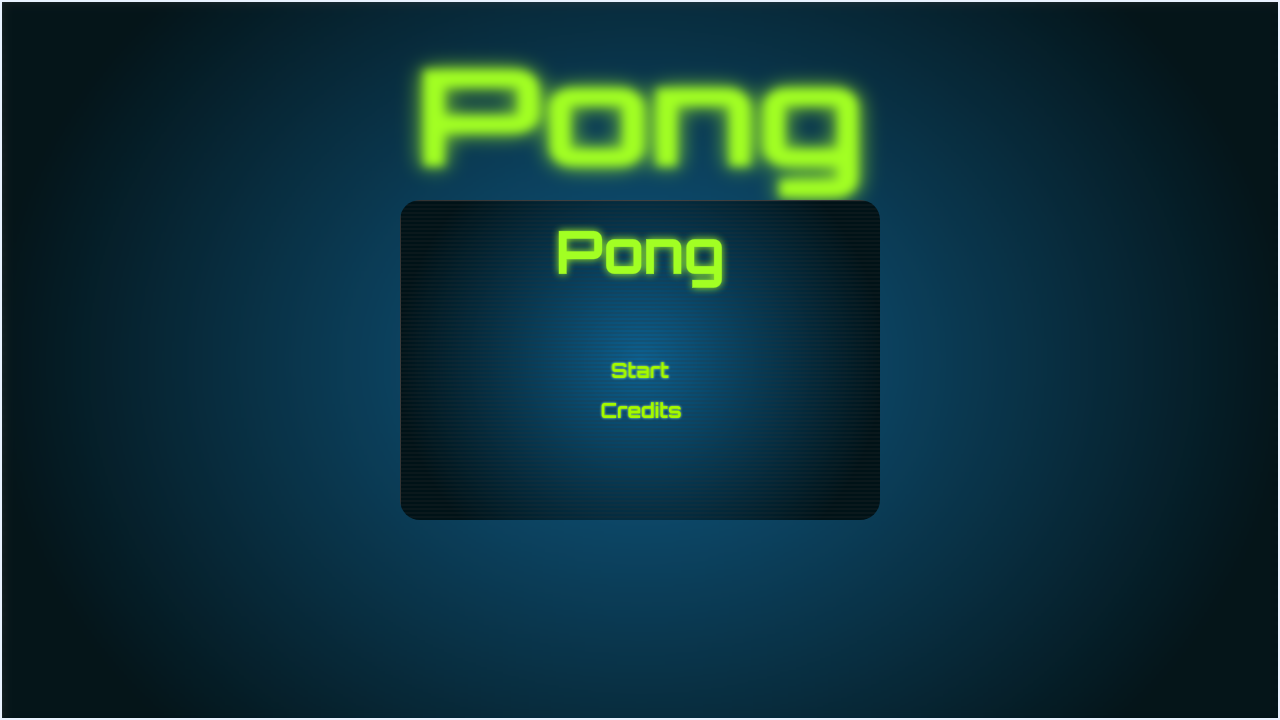
Repository: nourHellani/PongGame
Page: index.html
The author's editor kept a copy of each file at every save. The page is drawn from the files as they stood at one save, then again after the next save.
The browser window is 1280 px wide. The pictures show the whole page.

Above is the page before, as saved 2023-02-06 09:27:43.

### index.html

<!DOCTYPE html>
<html>

<head>

	<title>Pong Game</title>
	<link rel="stylesheet" href="style.css" />

</head>

<body onload="Main();">

	<canvas id="Pong" width="480" height="320"></canvas>
	<script src="easel.js"></script>
	<script src="Tween.js"></script>
	<script src="sound.js"></script>
	<script src="Main.js"></script>
	<script src="https://code.jquery.com/jquery-3.5.1.min.js"></script>

</body>

</html>

### style.css
html {
    scroll-behavior: smooth;
}

body {
    margin: 0;
    padding: 0;
    box-sizing: border-box;
    border: 2px solid #e9f2ff;
    background: url("assets/png/main.png") no-repeat center center;
    background-size: 100% 100%;
    backdrop-filter: blur(5px);
    width: 100%;
    height: 100vh;
}
canvas {
    position: absolute;
    top: 0;
    left: 0;
    bottom: 0;
    right: 0;
    margin: auto;
    border-radius: 20px;
}
/* @media screen and (min-width: 500px) and (max-width: 700px) and (orientation: portrait) {
    html {
      transform: rotate(-90deg);
      transform-origin: left top;
      width: 100vh;
      overflow-x: hidden;
      position: absolute;
      top: 100%;
      left: 0;
    }
  } */

### sound.js
/**
* EaselJS
* Visit http://easeljs.com/ for documentation, updates and examples.
*
* Copyright (c) 2011 Grant Skinner
*
* Permission is hereby granted, free of charge, to any person
* obtaining a copy of this software and associated documentation
* files (the "Software"), to deal in the Software without
* restriction, including without limitation the rights to use,
* copy, modify, merge, publish, distribute, sublicense, and/or sell
* copies of the Software, and to permit persons to whom the
* Software is furnished to do so, subject to the following
* conditions:
*
* The above copyright notice and this permission notice shall be
* included in all copies or substantial portions of the Software.
*
* THE SOFTWARE IS PROVIDED "AS IS", WITHOUT WARRANTY OF ANY KIND,
* EXPRESS OR IMPLIED, INCLUDING BUT NOT LIMITED TO THE WARRANTIES
* OF MERCHANTABILITY, FITNESS FOR A PARTICULAR PURPOSE AND
* NONINFRINGEMENT. IN NO EVENT SHALL THE AUTHORS OR COPYRIGHT
* HOLDERS BE LIABLE FOR ANY CLAIM, DAMAGES OR OTHER LIABILITY,
* WHETHER IN AN ACTION OF CONTRACT, TORT OR OTHERWISE, ARISING
* FROM, OUT OF OR IN CONNECTION WITH THE SOFTWARE OR THE USE OR
* OTHER DEALINGS IN THE SOFTWARE.
**/
(function(m){function a(){throw"SoundJS cannot be instantiated";}function n(a,d){this.instances=[];this.name=a;this.src=d;this.loaded=this.canPlay=false;this.length=0}a.AUDIO_TIMEOUT=8E3;a.INTERRUPT_ANY=1;a.INTERRUPT_EARLY=2;a.INTERRUPT_LATE=3;a.INTERRUPT_NONE=4;a.onProgress=null;a.onSoundTimeout=null;a.onSoundLoadError=null;a.onSoundLoadComplete=null;a.onLoadQueueComplete=null;a.onSoundComplete=null;a.soundHash=[];a.loadQueue=[];a.itemsToLoad=0;a.instanceCount=0;a.INST_MAX=35;a.FT=0.0010;a.AUDIO_ERROR=
"error";a.AUDIO_PROGRESS="progress";a.AUDIO_COMPLETE="canplaythrough";a.AUDIO_ENDED="ended";a.AUDIO_STALLED="stalled";a._master=1;a._currentLoad=0;a.add=function(b,d,c){a.loadQueue.push({name:b,src:d,instances:c});a.loadQueue.length==1?(a.itemsToLoad=1,a.loadNext()):a.itemsToLoad++};a.addBatch=function(b){for(var d=b.length;b.length;)a.loadQueue.push(b.shift());a.loadQueue.length==d?(a.loadNext(),a.itemsToLoad=d):a.itemsToLoad++};a.play=function(b,d,c,e,f){if(b==null||a.soundHash[b]==null||a.soundHash[b].length==
0||d!=a.INTERRUPT_ANY&&d!=a.INTERRUPT_EARLY&&d!=a.INTERRUPT_LATE&&d!=a.INTERRUPT_NONE&&d!=null)return NaN;if(d==null)d=a.INTERRUPT_NONE;e==null&&(e=false);f||(f=0);c==null||c>1?c=1:c<0&&(c=0);if(f>0)setTimeout(function(){a.beginPlaying(b,d,c,e)},f);else return a.beginPlaying(b,d,c,e);return-1};a.getMasterVolume=function(){return a._master};a.setMasterVolume=function(b){if(Number(b)!=null){b<0?b=0:b>1&&(b=1);var d,c,e;d=a._master;a._master=b;if(a._master!=d)for(e in a.soundHash){c=a.soundHash[e];d=
c.length;for(b=0;b<d;b++)c[b].volume=c[b].storedVolume*a._master}}};a.remove=function(b,d){var c,e,f;if(b==null)for(c in a.soundHash){f=a.soundHash[c];e=f.length;do a.stop(c,e-1),f[e-1].currentSrc="",document.body.removeChild(f[e-1]),f.pop(),e=f.length,a.instanceCount--;while(e)}else{f=a.soundHash[b];if(f==null)return false;e=f.length;if(d==null){do a.stop(b,e-1),f[e-1].currentSrc="",document.body.removeChild(f[e-1]),f.pop(),e=f.length,a.instanceCount--;while(e)}else{if(d<=0||e<=0)return false;e--;
for(c=0;c<=e&&c<d;c++)a.stop(b,e-c),f[e-c].currentSrc="",document.body.removeChild(f[e-c]),f.pop(),a.instanceCount--}}return true};a.setVolume=function(b,d,c){var e,f;if(b==null)return false;b*=a._master;if(d==null)for(f in a.soundHash){e=a.soundHash[f];d=e.length;for(c=0;c<d;c++)e[c].storedVolume=b,e[c].volume=b}else{e=a.soundHash[d];if(e==null)return false;d=e.length;if(c==null)for(c=0;c<d;c++)e[c].storedVolume=b,e[c].volume=b;else{if(d<=c)return false;e[c].storedVolume=b;e[c].volume=b}}return true};
a.getVolume=function(b,d){var c=a.soundHash[b];return c==null||c.length==0?-1:d==null?c[1].storedVolume:c.length<d?-1:c[d].storedVolume};a.setMute=function(b,d,c){var e,f;if(b==null)return false;if(d==null)for(f in a.soundHash){e=a.soundHash[f];d=e.length;for(c=0;c<d;c++)e[c].muted=b}else{e=a.soundHash[d];if(e==null)return false;d=e.length;if(c==null)for(c=0;c<d;c++)e[c].muted=b;else{if(d<=c)return false;e[c].muted=b}}return true};a.pause=function(b,d){var c,e,f,g;if(b==null)for(g in a.soundHash){f=
a.soundHash[g];e=f.length;for(c=0;c<e;c++)f[c].pause()}else{f=a.soundHash[b];if(f==null)return false;e=f.length;if(d==null)for(c=0;c<e;c++)f[c].pause();else{if(e<=d)return false;f[d].pause()}}return true};a.resume=function(b,d){var c,e,f,g;if(b==null)for(g in a.soundHash){e=a.soundHash[g].length;for(c=0;c<e;c++)f=a.soundHash[g][c],(f.loop||f.currentTime!=f.duration&&f.currentTime!=0)&&f.play()}else{if(a.soundHash[b]==null)return false;e=a.soundHash[b].length;if(d==null)for(c=0;c<e;c++)f=a.soundHash[b][c],
(f.loop||f.currentTime!=f.duration&&f.currentTime!=0)&&f.play();else{if(e<=d)return false;f=a.soundHash[b][d];(f.loop||f.currentTime!=f.duration&&f.currentTime!=0)&&f.play()}}return true};a.stop=function(b,d){var c,e,f,g;if(b==null)for(g in a.soundHash){e=a.soundHash[g].length;for(c=0;c<e;c++){f=a.soundHash[g][c];try{f.currentTime=0}catch(h){}f.pause()}}else{if(a.soundHash[b]==null)return false;e=a.soundHash[b].length;if(d==null)for(c=0;c<e;c++)f=a.soundHash[b][c],f.currentTime=0,f.pause();else{if(e<=
d)return false;f=a.soundHash[b][d];f.currentTime=0;f.pause()}}return true};a.isLoaded=function(b){var d=true,c;if(b==null)for(c in a.soundHash){if(d=d&&a.soundHash[c]&&a.soundHash[c][0]&&a.soundHash[c][0].loaded,!d)break}else return a.soundHash[b]&&a.soundHash[b][0]&&a.soundHash[b][0].loaded;return d};a.getNumInstances=function(b){return b==null?instanceCount:a.soundHash[b]?a.soundHash[b].length:-1};a.getMaxInstances=function(){return a.INST_MAX};a.getCurrentLoadProgress=function(){return(a.itemsToLoad-
a.loadQueue.length-(1-a._currentLoad))/a.itemsToLoad};a.getInstance=function(b,d){return b==null||d<0||!a.soundHash[b]||!a.soundHash[b][d]?null:a.soundHash[b][d]};a.beginPlaying=function(b,d,c,e){var f,g,h,i=false,j=a.soundHash[b];if(!j[0].loaded)throw Error("Audio is not loaded. The source(s) are either not found, or the correct audio formats are not provided.");for(var k=j.length,b=0;b<k;b++){h=j[b];g==null&&d!=a.INTERRUPT_ANY&&d!=a.INTERRUPT_NONE&&(g=h,f=b);if(h.currentTime>=h.duration-a.FT&&!h.loop||
h.currentTime==0&&h.paused)i=true,k=b;else if(d==a.INTERRUPT_EARLY&&h.currentTime<g.currentTime||d==a.INTERRUPT_LATE&&h.currentTime>g.currentTime)i=true;i&&(g=h,f=b)}d==a.INTERRUPT_ANY&&!g&&(g=j[0],f=0);return g?(g.loop=e,g.storedVolume=c,g.volume=c*a._master,g.currentTime=0,g.paused&&g.play(),f):-1};a.loadNext=function(){if(a.loadQueue.length<=0){if(a.onLoadQueueComplete)a.onLoadQueueComplete()}else{var b=a.loadQueue.shift(),d=b.instances||1,c=b.name,b=b.src,e=a.soundHash[c];if(e==null)e=a.soundHash[c]=
[];else if(e.length)b=e[0].src;for(var f=e=e.length,d=e+d;f<d;f++){var g=document.createElement("audio");if(f==e)g.timeoutId=setTimeout(function(){a.handleAudioTimeout(g)},a.AUDIO_TIMEOUT),g.addEventListener(a.AUDIO_COMPLETE,a.handleAudioComplete,false),g.addEventListener(a.AUDIO_PROGRESS,a.handleProgress,false),g.addEventListener(a.AUDIO_STALLED,a.handleAudioStall,false),g.addEventListener(a.AUDIO_ERROR,a.handleAudioError,false),g.loaded=false;g.addEventListener(a.AUDIO_ENDED,a.handleEnded,false);
g.setAttribute("id",c+"_"+f);g.setAttribute("preload","auto");var h;if(b instanceof Array)for(var i=0,j=b.length;i<j;i++){var k=g.appendChild(document.createElement("source"));h=a.getType(b[i]);k.setAttribute("type",h);k.setAttribute("src",b[i])}else h=a.getType(b),g.setAttribute("type",h),g.setAttribute("src",b);g.load();document.body.appendChild(g);a.soundHash[c].push(g);a.instanceCount++}}};a.getType=function(a){switch(a.slice(a.lastIndexOf(".")+1)){case "mp3":return"audio/mpeg";case "ogg":return"audio/ogg";
case "wav":return"audio/wav";default:throw"'"+a+"' is not a recognized audio file";}};a.handleEnded=function(){if(a.onSoundEnded){var b=this.id.split("_");a.onSoundEnded(this,b[0],b[1])}};a.handleAudioTimeout=function(b){if(a.onSoundTimeout){var d=b.id.split("_");a.onSoundTimeout(b,d[0],d[1])}a.loadNext()};a.handleProgress=function(){try{this.buffered.end()}catch(b){return}a._currentLoad=this.buffered.end()/this.duration;if(a.onProgress)a.onProgress(a.getCurrentLoadProgress())};a.handleAudioError=
function(){clearTimeout(this.timeoutId);if(a.onSoundLoadError){var b=this.id.split("_");a.onSoundLoadError(this,b[0],b[1])}a.loadNext()};a.handleAudioComplete=function(){var b=this.id.split("_");this.removeEventListener(a.AUDIO_COMPLETE,a.handleAudioComplete,false);clearTimeout(this.timeoutId);this.loaded=true;if(a.onSoundLoadComplete)a.onSoundLoadComplete(this,b[0],b[1]);a.loadNext()};a.handleAudioStall=function(a){setTimeout(function(){testAudioStall(a)},0)};a.testAudioStall=function(){var b=this.id.split("_");
if(!a.soundHash[b[0]][b[1]].loaded){if(a.onStall)a.onStall(this,b[0],b[1]);a.loadNext()}};m.SoundJS=a;var l=n.prototype;l.add=function(a){this.instances.push(a);this.length=this.instances.length;this.instances.length==1&&a.addEventListener("canplaythrough",function(){a.canplaythrough()})};l.remove=function(a){this.instances.splice(a,1);this.length=this.instances.length};l.canplaythrough=function(){this.loaded=true};m.SoundJSElement=n})(window);

### Main.js
let counter = 0;
let timeout;
let timer_on = 0;
/* Define Canvas */

var canvas;
var stage;

// Graphics
//[This variable stores the title background image]

var bgImg = new Image();
var bg;

//[Title View]
//These variables store its components.

var mainImg = new Image();
var main;
var startBImg = new Image();
var startB;
var creditsBImg = new Image();
var creditsB;

//[Title View Group]

var TitleView = new Container();

//[Credits]
//This view will show the credits, year and copyright of the game, these variables will be used to store it.

var creditsViewImg = new Image();
var credits;

//[Game View]
//The next variables store the individual graphics that appear in the Game View:

var playerImg = new Image();
var player;
var ballImg = new Image();
var ball;
var cpuImg = new Image();
var cpu;
var winImg = new Image();
var win;
var loseImg = new Image();
var lose;
var timeupImg = new Image();
var timeup;

//[Score]
//The score values will be handled by the next variables:

var playerScore;
var cpuScore;
var timer;
var time;

// Variables
var xSpeed = 5; //Horizontal speed of the ball
var ySpeed = 5; //Vertical speed of the ball
var gfxLoaded = 0; //used as a preloader, counts the already loaded items
var tkr = new Object(); //used as an event listener to the Ticker


// Main Function
//  // While resizing,
window.addEventListener("resize", () => {
  Resize();
});


function lock (orientation){
  let de=document.documentElement;
  if(de.requestFullscreen){de.requestFullscreen();}
  else if (de.mozRequestFullScreen){de.mozRequestFullScreen();}
  else if (de.webkitRequestFullScreen){de.webkitRequestFullScreen();}
  else if (de.msRequestFullScreen){de.msRequestFullScreen();}

  screen.orientation.lock(orientation);


}
function Main() {

  /* Link Canvas */
  canvas = document.getElementById("Pong");
  stage = new Stage(canvas);


  /* Sound */

  SoundJS.addBatch([
    { name: "hit", src: "assets/mp3/hit.mp3", instances: 1 }, // played when the ball hits a paddle
    { name: "playerScore", src: "assets/mp3/playerScore.mp3", instances: 1 }, //played when they player scores
    { name: "enemyScore", src: "assets/mp3/enemyScore.mp3", instances: 1 }, //played when the enemy scores
    { name: "wall", src: "assets/mp3/wall.mp3", instances: 1 }, //played when the ball hits the top or bottom boundary
  ]);

  /* Load GFX */

  bgImg.src = "assets/png/bg.png";
  bgImg.name = "bg";
  bgImg.onload = loadGfx;

  mainImg.src = "assets/png/main.png";
  mainImg.name = "main";
  mainImg.onload = loadGfx;

  startBImg.src = "assets/png/startB.png";
  startBImg.name = "startB";
  startBImg.onload = loadGfx;

  creditsBImg.src = "assets/png/creditsB.png";
  creditsBImg.name = "creditsB";
  creditsBImg.onload = loadGfx;

  creditsViewImg.src = "assets/png/credits.png";
  creditsViewImg.name = "credits";
  creditsViewImg.onload = loadGfx;

  playerImg.src = "assets/png/paddle.png";
  playerImg.name = "player";
  playerImg.onload = loadGfx;

  ballImg.src = "assets/png/ball.png";
  ballImg.name = "ball";
  ballImg.onload = loadGfx;

  cpuImg.src = "assets/png/paddle.png";
  cpuImg.name = "cpu";
  cpuImg.onload = loadGfx;

  winImg.src = "assets/png/win.png";
  winImg.name = "win";
  winImg.onload = loadGfx;

  loseImg.src = "assets/png/lose.png";
  loseImg.name = "lose";
  loseImg.onload = loadGfx;

  timeupImg.src = 'assets/png/timesUp.png';
	timeupImg.name = 'timeup';
	timeupImg.onload = loadGfx;

  /* Ticker */

  Ticker.setFPS(30);
  Ticker.addListener(stage);
}

//Every time a graphic is loaded this function will run.
//It will assign each image to a bitmap object and check
// thatall the elements are loaded before proceeding
function loadGfx(e) {
  if ((e.target.name = "bg")) {
    bg = new Bitmap(bgImg);
  }
  if ((e.target.name = "main")) {
    main = new Bitmap(mainImg);
  }
  if ((e.target.name = "startB")) {
    startB = new Bitmap(startBImg);
  }
  if ((e.target.name = "creditsB")) {
    creditsB = new Bitmap(creditsBImg);
  }
  if ((e.target.name = "credits")) {
    credits = new Bitmap(creditsViewImg);
  }
  if ((e.target.name = "player")) {
    player = new Bitmap(playerImg);
  }
  if ((e.target.name = "ball")) {
    ball = new Bitmap(ballImg);
  }
  if ((e.target.name = "cpu")) {
    cpu = new Bitmap(cpuImg);
  }
  if ((e.target.name = "win")) {
    win = new Bitmap(winImg);
  }
  if ((e.target.name = "lose")) {
    lose = new Bitmap(loseImg);
  }
  if((e.target.name = 'timeup')){
    timeup = new Bitmap(timeupImg);
  }

  gfxLoaded++;

  if (gfxLoaded == 11) {
    addTitleView();
  }
}

// Add Title View Function
//When all the graphics are loaded the Title View is added to the stage by the following function:

function addTitleView() {
  startB.x = 240 - 31.5;
  startB.y = 160;
  startB.name = "startB";

  creditsB.x = 241 - 42;
  creditsB.y = 200;

  TitleView.addChild(main, startB, creditsB);
  stage.addChild(bg, TitleView);
  stage.update();

  // Button Listeners

  startB.onPress = tweenTitleView;
  creditsB.onPress = showCredits;
}

//The Credits screen is shown when the user clicks the credits button;
// a mouse listener is added to the full image to remove it.
function showCredits() {
  // Show Credits

  credits.x = 480;

  stage.addChild(credits);
  stage.update();
  Tween.get(credits).to({ x: 0 }, 300);
  credits.onPress = hideCredits;
}

// Hide Credits

function hideCredits(e) {
  Tween.get(credits).to({ x: 480 }, 300).call(rmvCredits);
}

// Remove Credits

function rmvCredits() {
  stage.removeChild(credits);
}

// Tween Title View

function tweenTitleView() {
  // Start Game
  Tween.get(TitleView).to({ y: -320 }, 300).call(addGameView);
}

// Add Game View

function addGameView() {
  // Destroy Menu & Credits screen

  stage.removeChild(TitleView);
  TitleView = null;
  credits = null;

  // Add Game View

  player.x = 2;
  player.y = 160 - 37.5;
  cpu.x = 480 - 25;
  cpu.y = 160 - 37.5;
  ball.x = 240 - 15;
  ball.y = 160 - 15;

  // Score

  playerScore = new Text("0", "bold 20px Arial", "#A3FF24");
  playerScore.maxWidth = 1000; //fix for Chrome 17
  playerScore.x = 211;
  playerScore.y = 20;

  cpuScore = new Text("0", "bold 20px Arial", "#A3FF24");
  cpuScore.maxWidth = 1000; //fix for Chrome 17
  cpuScore.x = 262;
  cpuScore.y = 20;

  timer = new Text('Timer:', 'bold 20px Arial', '#A3FF24');
	timer.maxWidth = 1000;	//fix for Chrome 17
	timer.x = 50;
	timer.y = 20;

	time = new Text('60', 'bold 20px Arial', '#A3FF24');
	time.maxWidth = 1000;	//fix for Chrome 17
	time.x = 120;
	time.y = 20;

  stage.addChild(playerScore, cpuScore,timer,time, player, cpu, ball);
  stage.update();

  // Start Listener

  bg.onPress = startGame;
}

// Player Movement

function movePaddle(e) {
  // Mouse Movement
  player.y = e.stageY;
}

// Start Game Function

function startGame(e) {
  bg.onPress = null;
  stage.onMouseMove = movePaddle;

  Ticker.addListener(tkr, false);
  tkr.tick = update;
}

/* Reset */

function reset() {
  ball.x = 240 - 15;
  ball.y = 160 - 15;
  player.y = 160 - 37.5;
  cpu.y = 160 - 37.5;

  stage.onMouseMove = null;
  Ticker.removeListener(tkr);
  bg.onPress = startGame;
}

// Update Function

function update() {
  // Ball Movement

  ball.x = ball.x + xSpeed;
  ball.y = ball.y + ySpeed;

  // Cpu Movement

  if (cpu.y < ball.y) {
    cpu.y = cpu.y + 2.5;
  } else if (cpu.y > ball.y) {
    cpu.y = cpu.y - 2.5;
  }

  // Wall Collision

  if (ball.y < 0) {
    ySpeed = -ySpeed;
    SoundJS.play("wall");
  } //Up
  if (ball.y + 30 > 320) {
    ySpeed = -ySpeed;
    SoundJS.play("wall");
  } //down

  if (!timer_on) {
    timer_on = 1;
    timedCount();
  }
  /* CPU Score */

  if (ball.x < 0) {
    xSpeed = -xSpeed;
    cpuScore.text = parseInt(cpuScore.text + 1);
    reset();
    SoundJS.play("enemyScore");
  }

  /* Player Score */

  if (ball.x + 30 > 480) {
    xSpeed = -xSpeed;
    playerScore.text = parseInt(playerScore.text + 1);
    reset();
    SoundJS.play("playerScore");
  }

  /* Cpu collision */

  if (
    ball.x + 30 > cpu.x &&
    ball.x + 30 < cpu.x + 22 &&
    ball.y >= cpu.y &&
    ball.y < cpu.y + 75
  ) {
    xSpeed *= -1;
    SoundJS.play("hit");
  }

  /* Player collision */

  if (
    ball.x <= player.x + 22 &&
    ball.x > player.x &&
    ball.y >= player.y &&
    ball.y < player.y + 75
  ) {
    xSpeed *= -1;
    SoundJS.play("hit");
  }

  /* Stop Paddle from going out of canvas */

  if (player.y >= 249) {
    player.y = 249;
  }

  /* Check for Win */

  if (playerScore.text == "1") {
    alert("win");
    clearTimeout(timeout);
    parseInt(time.text)=60; 		//to avoid loop of timeout

    reset();
    timer_on = 0;
  }

  /* Check for Game Over */

  if (cpuScore.text == "1") {
    alert("lose");
    clearTimeout(timeout);
    parseInt(time.text)=60; 		//to avoid loop of timeout

    reset();
    timer_on = 0;
  }

  // if(!timer_on && (parseInt(playerScore.text) == "1" || parseInt(cpuScore.text) == "1")){
  //   alert("lose");

  // }
}
function timedCount() {

  if ( parseInt(time.text) > 0  ) {
    time.text = parseInt(time.text - 1);
  }

 else {

 clearTimeout(timeout);
 alert('timeup');

 parseInt(time.text)=60; 		//to avoid loop of timeout

 reset();
 timer_on = 0;


}

 timeout = setTimeout(timedCount, 1000);
}


function alert(e) {
  Ticker.removeListener(tkr);
  stage.onMouseMove = null;
  bg.onPress = null;

  if (e == "win") {
    win.x = 140;
    win.y = -90;

    stage.addChild(win);
    Tween.get(win).to({ y: 115 }, 300);
  }
  else if(e == 'timeup')
	{
		timeup.x = 140;
		timeup.y = -90;

		stage.addChild(timeup);
		Tween.get(timeup).to({y: 115}, 300);


	}
  else if(e == 'lose')
  {
    lose.x = 140;
    lose.y = -90;

    stage.addChild(lose);
    Tween.get(lose).to({ y: 115 }, 300);
  }
}
function Resize() {
  // The minimum window's width should be 620. If not, alert comes.
  if (window.innerWidth <= 480) {
      alert("Please Rotate Your Device.");
      canvas.height = window.innerHeight;
      canvas.width = window.innerWidth;
  } else {
      // Or the canvas width and height resets.
      canvas.width = 480;
      canvas.height = 320;
  }
}
// Plays the Resize function once to test if the user's window is perfectly matches.

Loaded but not shown: easel.js (library); Tween.js (420 lines, source omitted)

After the next save:
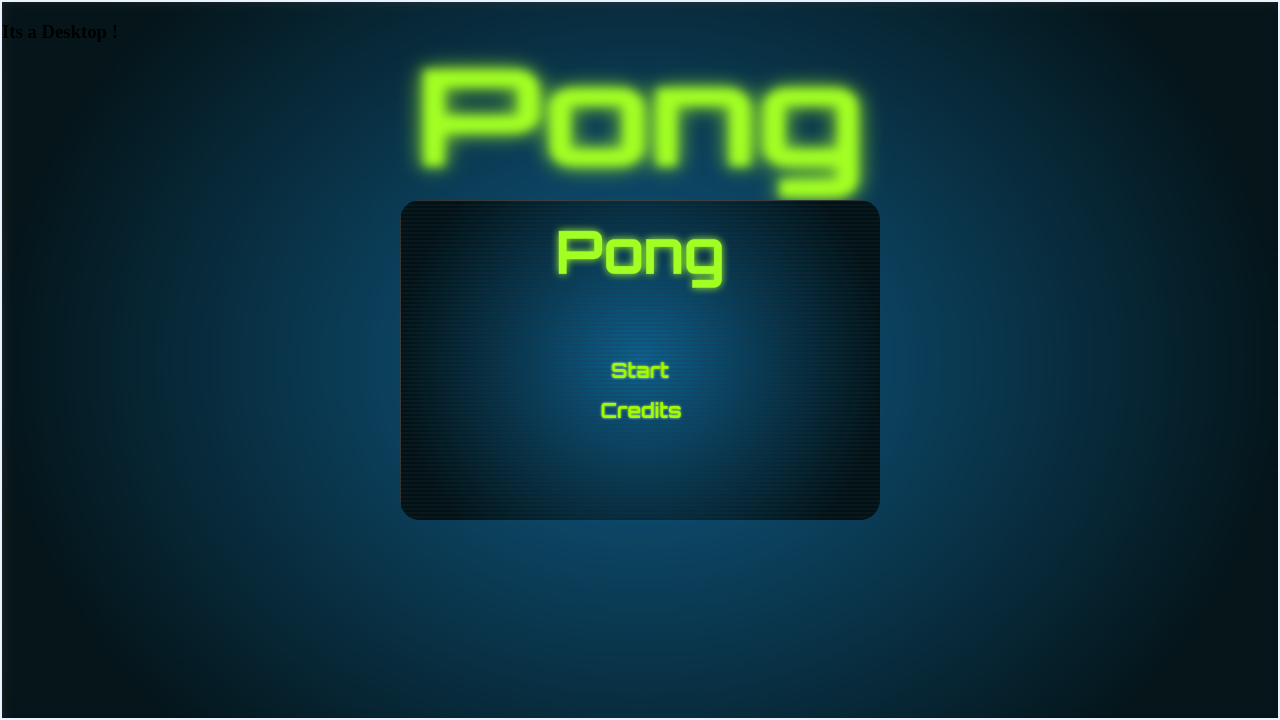
Saved 3 min 4 s later.
--- a/Main.js
+++ b/Main.js
@@ -68,7 +68,22 @@
 window.addEventListener("resize", () => {
   Resize();
 });
-
+let details = navigator.userAgent;
+
+      /* Creating a regular expression
+      containing some mobile devices keywords
+      to search it in details string*/
+      let regexp = /android|iphone|kindle|ipad/i;
+
+      /* Using test() method to search regexp in details
+      it returns boolean value*/
+      let isMobileDevice = regexp.test(details);
+
+      if (isMobileDevice) {
+         document.write("<h3>Its a Mobile Device !</h3>");
+      } else {
+         document.write("<h3>Its a Desktop !</h3>");
+      }
 
 function lock (orientation){
   let de=document.documentElement;

After the 4 saves that followed:
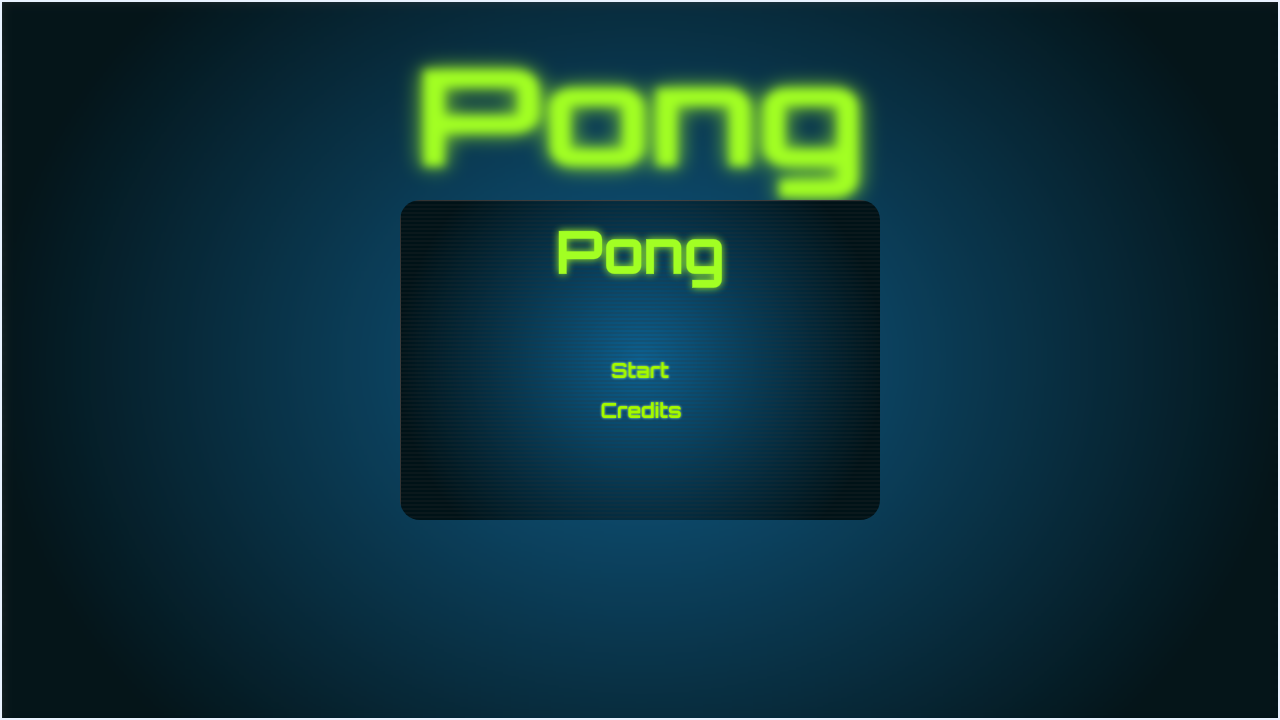
Console error: ReferenceError: android is not defined
The 4 saves are shown as one change because they came seconds apart.
The last was saved 20 s later.
--- a/Main.js
+++ b/Main.js
@@ -69,11 +69,7 @@
   Resize();
 });
 let details = navigator.userAgent;
-
-      /* Creating a regular expression
-      containing some mobile devices keywords
-      to search it in details string*/
-      let regexp = /android|iphone|kindle|ipad/i;
+let regexp = android|iphone|kindle|ipad/i;
 
       /* Using test() method to search regexp in details
       it returns boolean value*/
